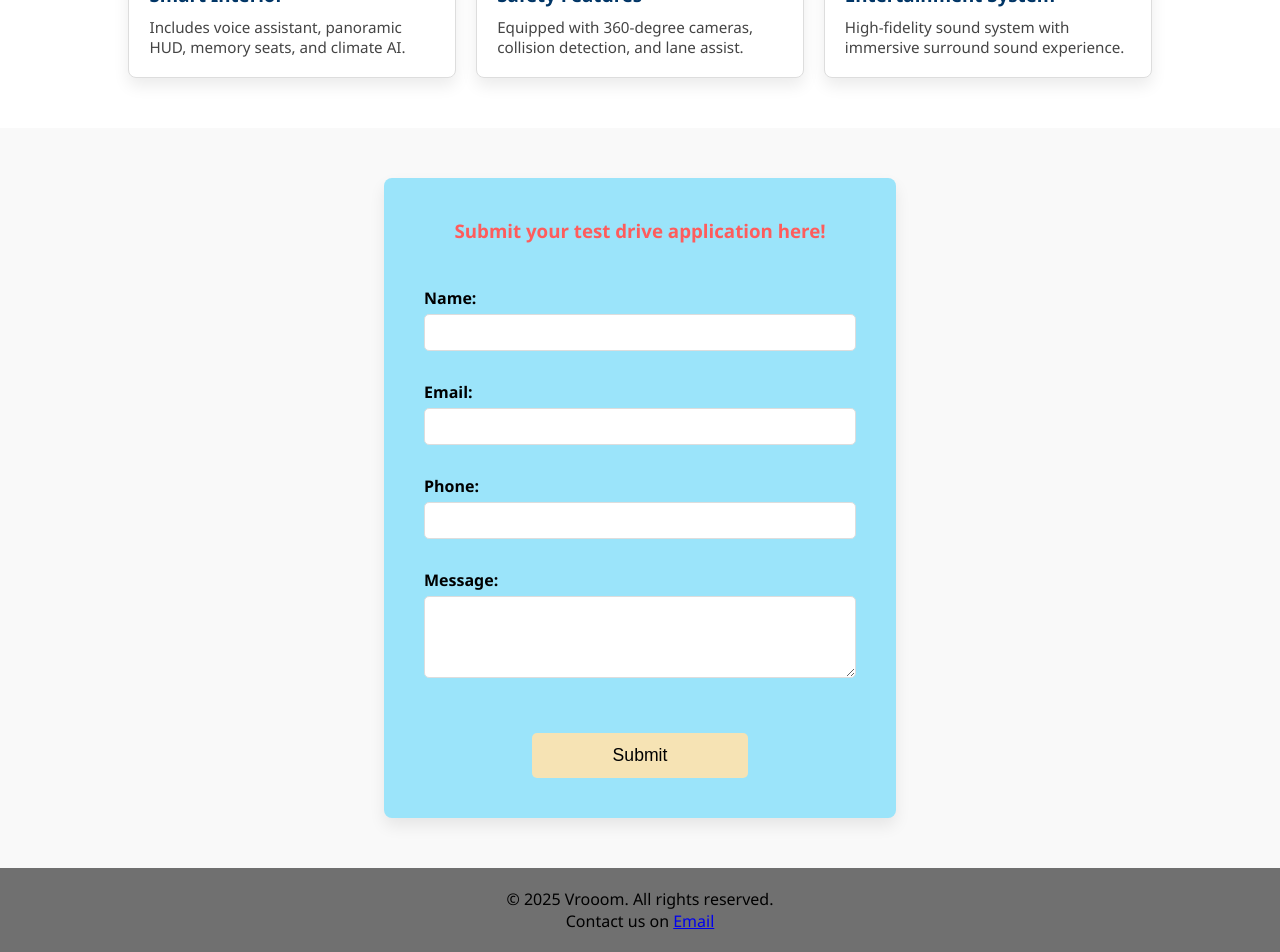
Repository: JiaheSu22/vrooom-responsive-main
Page: index.html
These files come from the project's save history. The page is drawn as it stood at one moment and after the next save; the edit follows.
The browser window is 1280 px wide. The pictures show the part of the page from y = 940 to 1892 px (the page is 1892 px tall).
A picture or video elsewhere on the page could not be fetched, so the positions and the page height are approximate.

Above is the page before, as saved 2025-04-11 15:22:59.

### index.html
<!DOCTYPE html>
<html lang="en">

<head>
  <meta charset="UTF-8">
  <title>Vrooom — Barracuda X10</title>
  <style>
    * {
      box-sizing: border-box;
      margin: 0;
      padding: 0;
    }

    body {
      font-family: 'Segoe UI', sans-serif;
      background-color: #f9f9f9;
      color: #222;
    }

    /* HERO SECTION */
    .hero {
      position: relative;
      height: 100vh;
      width: 100%;
      background-image: url('assets/mercedes-vision-avtr.webp');
      background-repeat: no-repeat;
      background-size: cover;
      background-position: center;
      overflow: hidden;
    }

    /* Optional dark overlay for unifying text+video contrast */
    .hero::before {
      content: "";
      position: absolute;
      inset: 0;
      background: linear-gradient(to right, rgba(0, 0, 0, 0.7), rgba(0, 0, 0, 0.1));
      z-index: 0;
    }

    /* Logo - slightly rotated, floating */
    .hero-logo {
      position: absolute;
      left: 2px;
      width: 30%;
      transform: rotate(-8deg);
      z-index: 0;
    }

    .hero-logo img {
      width: 100%;
    }

    /* Rotated text box */
    .hero-text {
      position: absolute;
      bottom: 3%;
      left: 5%;
      background: rgba(255, 255, 255, 0.1);
      padding: 30px;
      border-left: 6px solid #f6e3b4;
      border-radius: 10px;
      backdrop-filter: blur(1px);
      z-index: 0;

    }

    .hero-text h1 {
      font-size: 3em;
      color: #a0fcf7;
      margin-bottom: 10px;
    }

    .hero-text p {
      font-size: 1.2em;
      color: #fff;
    }

    /* Tilted video box */
    .hero-video {
      position: absolute;
      top: auto;
      bottom: 20px;
      right: 20px;
      box-shadow: 0 10px 20px rgba(0, 0, 0, 0.6);
      z-index: 0;
      border-radius: 5px;
      overflow: hidden;
      transition: transform 0.3s ease;
    }

    .hero-video:hover {
      transform: scale(1.3);
    }

    .hero-video video {
      width: 100%;
      display: block;
      border-radius: 2px;
    }

    /* CARD SECTION */
    .card-section {
      display: flex;
      flex-wrap: wrap;
      justify-content: center;
      gap: 20px;
      padding: 50px 10%;
      background-color: #ffffff;
    }

    .top-card {
      background: rgb(248, 240, 194);
      border: 1px solid #f97705;
      border-radius: 8px;
      box-shadow: 0 8px 16px rgba(0, 0, 0, 0.08);
      padding: 20px;
      width: 32%;
      transition: transform 0.3s ease;
    }

    .card {
      background: white;
      border: 1px solid #ddd;
      border-radius: 8px;
      box-shadow: 0 8px 16px rgba(0, 0, 0, 0.08);
      width: 32%;
      padding: 20px;
      transition: transform 0.3s ease;
    }

    .top-card:hover {
      transform: translateY(10px);
      box-shadow: 0 12px 24px rgba(101, 247, 205, 0.1);
    }

    .card:hover {
      transform: translateY(-5px);
      box-shadow: 0 12px 24px rgba(0, 0, 0, 0.1);
    }

    .card h3 {
      margin-bottom: 10px;
      color: #003566;
    }

    .card p {
      font-size: 0.95em;
      color: #444;
    }

    .form-section {
      display: flex;
      flex-direction: column;
      background: #f9f9f9;
      padding: 50px 10%;
      text-align: center;
    }

    .form-section form {
      display: flex;
      flex-direction: column;
      background: rgb(155, 228, 250);
      border-radius: 8px;
      box-shadow: 0 8px 16px rgba(0, 0, 0, 0.08);
      width: 50%;
      padding: 40px;
      margin: auto;
    }

    .form-section label {
      display: flex;
      font-weight: bold;
      margin-bottom: 5px;
      color: #000000;
    }

    .form-section input,
    textarea {
      width: 100%;
      padding: 10px;
      border: 1px solid #ddd;
      border-radius: 5px;
      margin-bottom: 15px;
    }

    .form-section .form {
      margin-bottom: 15px;
    }

    .form-section button {
      margin: auto;
      background: #f6e3b4;
      color: #000000;
      border: none;
      padding: 12px 25px;
      border-radius: 5px;
      cursor: pointer;
      font-size: 1.1em;
      width: 50%;
      margin-top: 20px;
      transition: background 0.3s ease;
    }

    .form-section button:hover {
      background: #f97705;
      color: #fff;
    }

    .footer {
      background: #707070;
      padding: 20px;
      text-align: center;
      color: #000;
    }

    /* Responsive Adjustments */
    @media (max-width: 768px) {
      .hero-text {
        position: static;
        margin: 20px auto;
        background: rgba(0, 0, 0, 0.7);
        text-align: center;
      }

      .hero-video {
        position: static;
        width: 90%;
        margin: 20px auto;
      }

      .card-section {

        align-items: center;
        padding: 30px 5%;
      }
    }
  </style>
</head>

<body>

  <!-- HERO SECTION -->
  <section class="hero">

    <!-- Logo -->
    <div class="hero-logo">
      <img src="assets/logo-enh.png" alt="Vrooom Logo">
    </div>

    <!-- Text -->
    <div class="hero-text">
      <h1>Mercedes Vision AVTR</h1>
      <p>A marriage between art and science.</p>
    </div>

    <!-- Video -->
    <div class="hero-video">
      <video autoplay loop muted>
        <source src="assets/avtr-demo.mp4" type="video/mp4">
        Your browser does not support the video tag.
      </video>
    </div>

  </section>

  <!-- CARD SECTION -->
  <section class="card-section">
    <div class="top-card">
      <h3>Top Speed</h3>
      <p>Reaches up to 220mph on open track with aerodynamic support.</p>
    </div>
    <div class="top-card">
      <h3>Acceleration</h3>
      <p>0 to 60mph in just 3.0 seconds. The surge you feel is real.</p>
    </div>
    <div class="top-card">
      <h3>Eco Mode</h3>
      <p>Fuel-efficient and clean in city mode — go fast and green.</p>
    </div>
    <div class="card">
      <h3>Smart Interior</h3>
      <p>Includes voice assistant, panoramic HUD, memory seats, and climate AI.</p>
    </div>
    <div class="card">
      <h3>Safety Features</h3>
      <p>Equipped with 360-degree cameras, collision detection, and lane assist.</p>
    </div>
    <div class="card">
      <h3>Entertainment System</h3>
      <p>High-fidelity sound system with immersive surround sound experience.</p>
    </div>
  </section>

  <section class="form-section">
    <form action="">
      <h3 style="color: rgb(254, 92, 92);">Submit your test drive application here!</h3> <br><br>
      <div class="form">
        <label for="name">Name:</label>
        <input type="text" id="name" name="name" required>
      </div>
      <div class="form">
        <label for="email">Email:</label>
        <input type="email" id="email" name="email" required>
      </div>
      <div class="form">
        <label for="phone">Phone:</label>
        <input type="tel" id="phone" name="phone" required>
      </div>
      <div class="form">
        <label for="message">Message:</label>
        <textarea id="message" name="message" rows="4" required></textarea>
      </div>
      <button type="submit">Submit</button>
    </form>
  </section>

  <section class="footer">
    <footer>
      <div class="footer-content">
        <p>&copy; 2025 Vrooom. All rights reserved.</p>
        <p>Contact us on <a href="mailto:contect@vroom.com">Email</a>
      </div>
    </footer>
  </section>
</body>

</html>

After the next save:
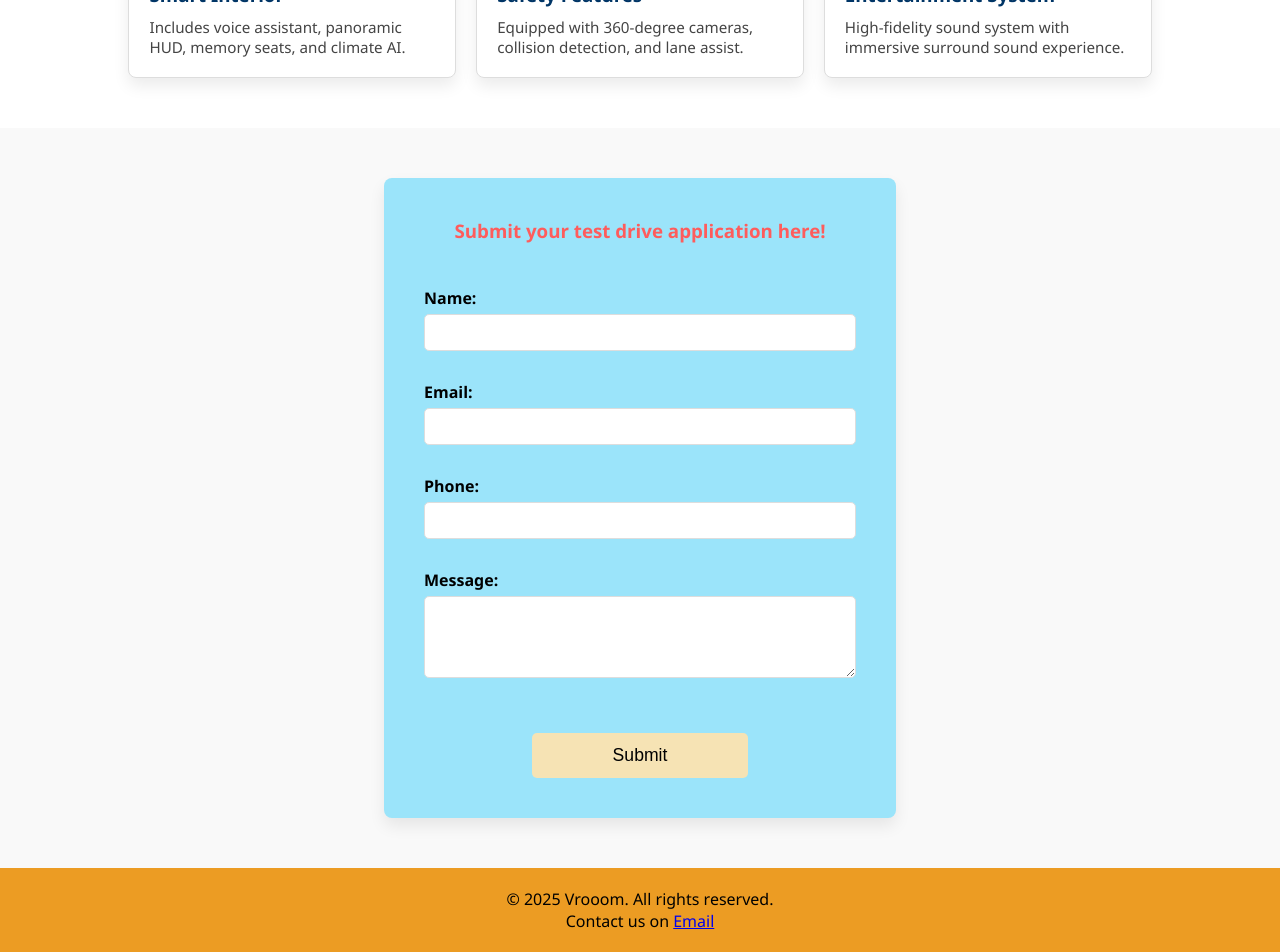
Saved 50 s later.
--- a/index.html
+++ b/index.html
@@ -208,7 +208,7 @@
     }
 
     .footer {
-      background: #707070;
+      background: #ec9c23;
       padding: 20px;
       text-align: center;
       color: #000;
